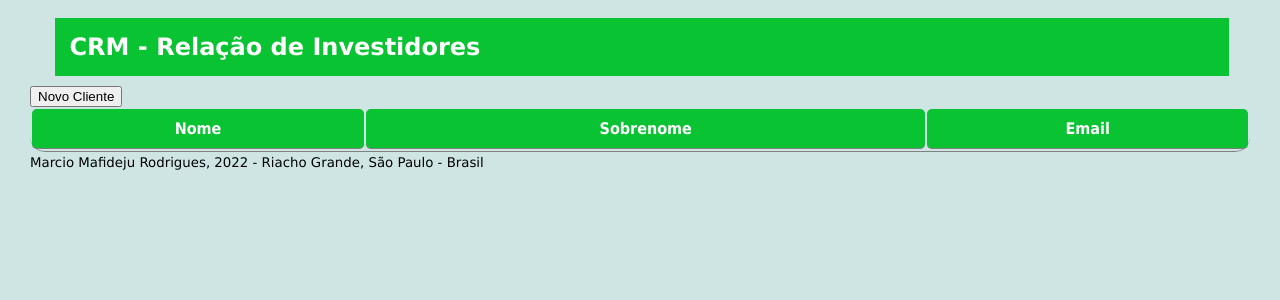
Repository: mafideju/CustomerTracker
Page: http://localhost/web-customer-tracker/WEB-INF/view/list-customers.jsp
An editor plug-in stored every save of this project. The page is shown before and after the next save, followed by the edit.
The browser window is 1280 px wide. The pictures show the whole page.
The page is served by Tomcat 9. Nobody is signed in. The template is opened directly, without the code that normally fills it, so the values that code supplies are empty.

Above is the page before, as saved 2022-01-26 12:05:23.

After the next save:
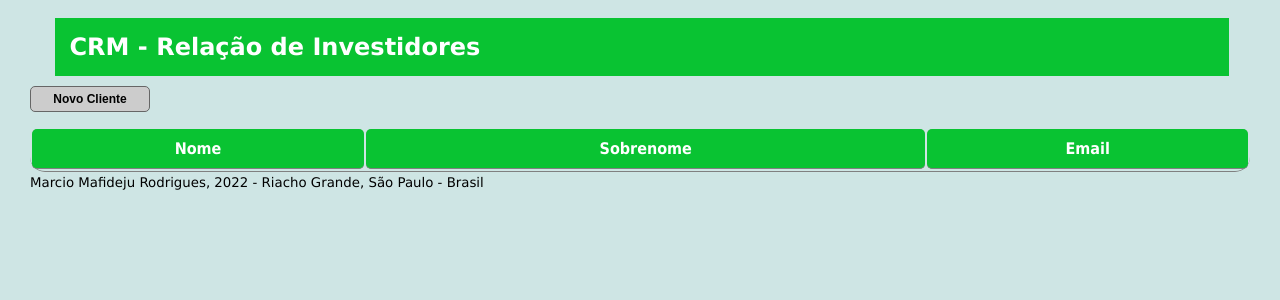
Saved 26 s later.
--- a/web-customer-tracker/WebContent/WEB-INF/view/list-customers.jsp
+++ b/web-customer-tracker/WebContent/WEB-INF/view/list-customers.jsp
@@ -19,7 +19,7 @@
 			<div id="container">
 				<div id="content">
 
-				<input type="button" value="Novo Cliente" onclick="window.location.href='showAddForm'; return false;" />
+				<input type="button" value="Novo Cliente" onclick="window.location.href='showAddForm'; return false;" class="add-button" />
 
 					<table>
 						<tr>
